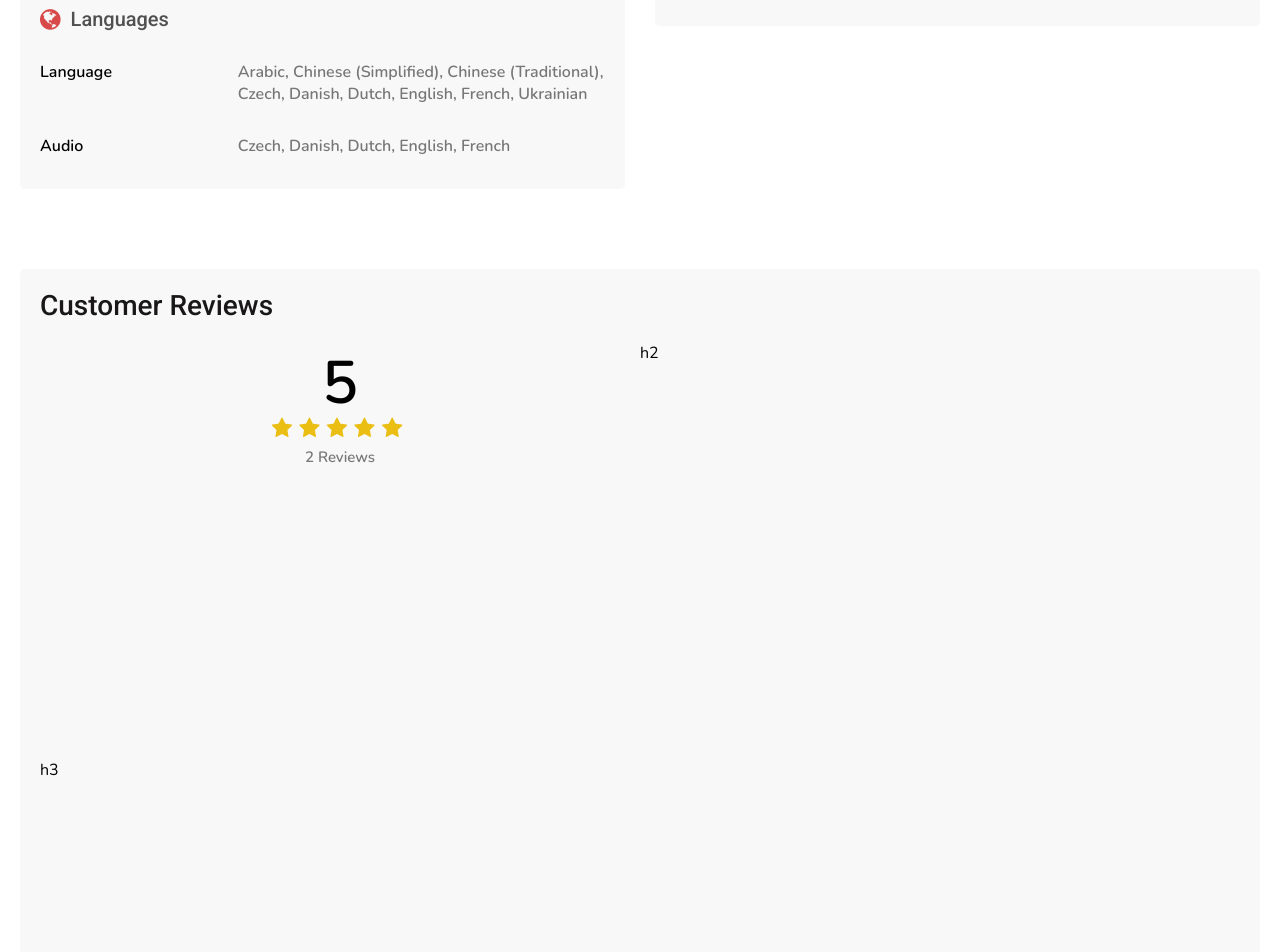
Repository: NguyenDinhThuyVy/TestWebsite
Page: detail.html
These files come from the project's save history. The page is drawn as it stood at one moment and after the next save; the edit follows.
The browser window is 1280 px wide. The pictures show the part of the page from y = 2828 to 3780 px (the page is 4177 px tall).
A picture or video elsewhere on the page could not be fetched, so the positions and the page height are approximate. Some web fonts or font styles are not loaded; a fallback is used.

Above is the page before, as saved 2023-10-12 20:20:33.

After the next save:
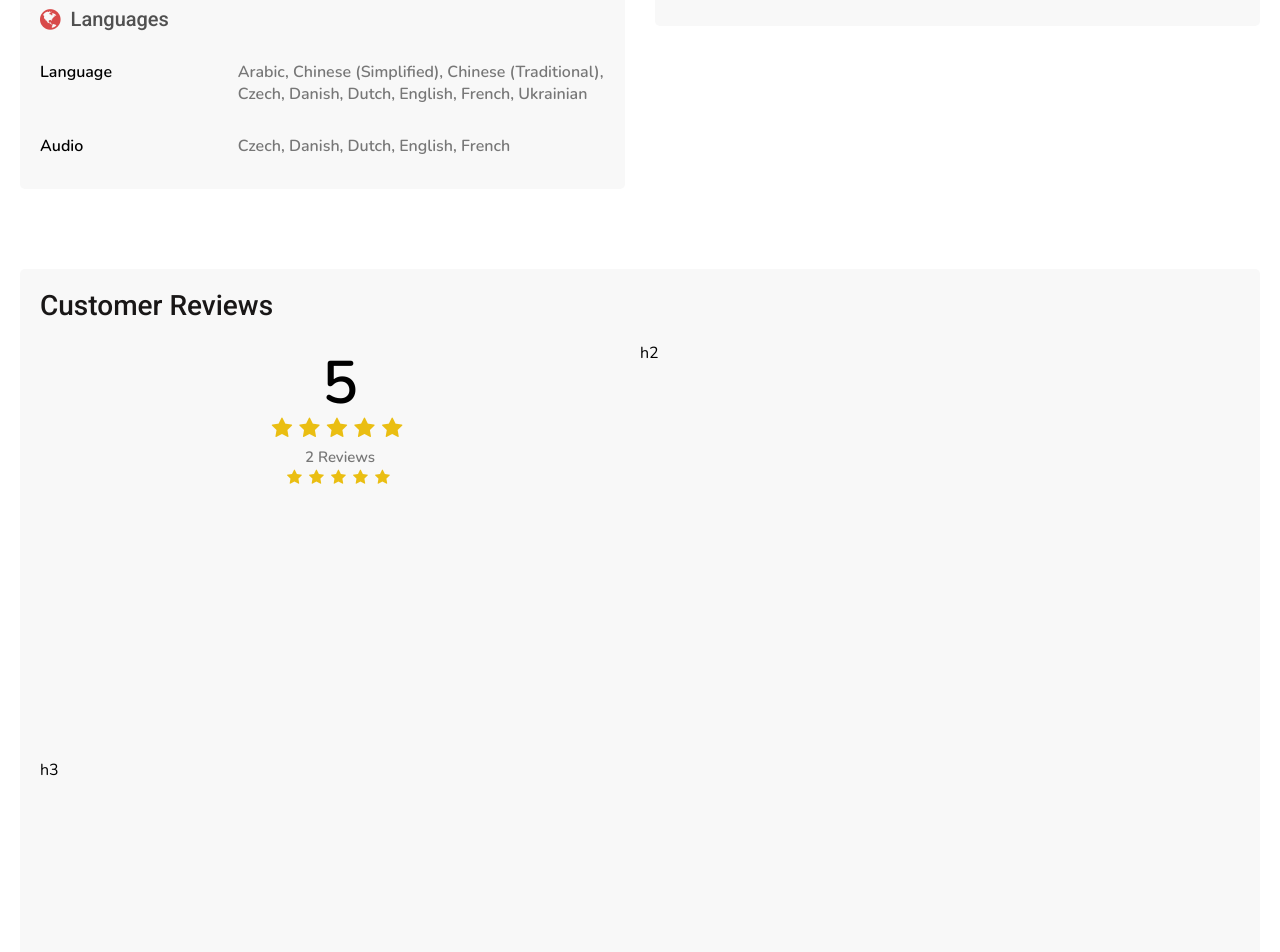
Saved 30 s later.
--- a/detail.html
+++ b/detail.html
@@ -517,7 +517,13 @@
               </div>
               <div class="rating-main">
                 <div class="rating-five rating-items">
-                  <div class="stars-area"></div>
+                  <div class="stars-area">
+                    <i class="fa fa-solid fa-star fa-2xl icon-star"></i>
+                    <i class="fa fa-solid fa-star fa-2xl icon-star"></i>
+                    <i class="fa fa-solid fa-star fa-2xl icon-star"></i>
+                    <i class="fa fa-solid fa-star fa-2xl icon-star"></i>
+                    <i class="fa fa-solid fa-star fa-2xl icon-star"></i>
+                  </div>
                   <div class="proportional-area"></div>
                   <div class="quantity-area"></div>
                 </div>
